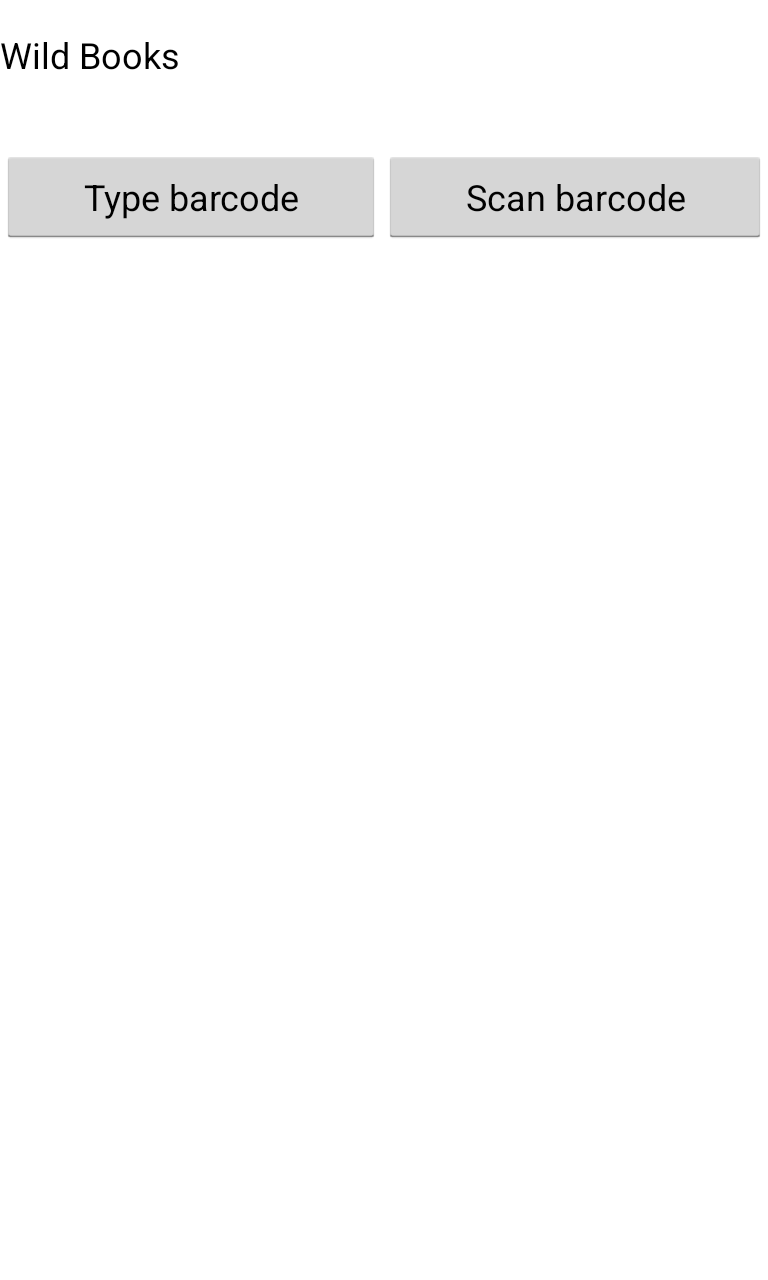
Repository: harvard-lil/wtwba-android-app
Layout: wtwba/res/layout/activity_terminal_error.xml
The author's editor kept a copy of each file at every save. The layout is drawn from the files as they stood at one save, then again after a run of saves.
It is drawn on a 768 x 1280 px phone screen (xhdpi) without system bars, with theme AppTheme; the app's code is not run.

Above is the layout before, as saved 2013-03-20 19:03:46.

### wtwba/res/layout/activity_terminal_error.xml
<?xml version="1.0" encoding="utf-8"?>
<LinearLayout xmlns:android="http://schemas.android.com/apk/res/android"
    android:layout_width="fill_parent"
    android:layout_height="fill_parent"
    android:layout_margin="15dip"
    android:orientation="vertical" >

    <TextView
        android:layout_width="fill_parent"
        android:layout_height="wrap_content"
        android:layout_marginTop="15dip"
        android:layout_marginBottom="35dip"
        android:text="@string/activity_scan_title"
        android:textAppearance="?android:attr/textAppearanceMedium"
         />

	<LinearLayout
	    android:layout_width="fill_parent"
	    android:layout_height="wrap_content"
	    android:orientation="horizontal" >

	    <Button
	        android:layout_width="wrap_content"
	        android:layout_height="wrap_content"
	        android:layout_weight="1.0"
	        android:text="@string/button_key_item"
	        android:onClick="keyItem"/>
	    <Button
	        android:layout_width="wrap_content"
	        android:layout_height="wrap_content"
	        android:layout_weight="1.0"
	        android:text="@string/button_scan_item"
	        android:onClick="scanItem"
	        />
    </LinearLayout>
</LinearLayout>

### wtwba/res/values/strings.xml
<?xml version="1.0" encoding="utf-8"?>
<resources>

    <string name="app_name">wtwba</string>
    <string name="main_activity_title">Where the Wild Books Are</string>
    <string name="activity_item_details_title">Wild Books</string>
    <string name="activity_scan_title">Wild Books</string>
    <string name="activity_manage_user_title">Manage user key</string>
    <string name="activity_type_barcode_title">Add item using fingers</string>
    <string name="activity_location_title">Select your current location</string>
    <string name="item_found_title">Yeehaw! We added your item</string>
    <string name="scan_error_title">Something went wrong</string>
    <string name="terminal_error">I\'m having problems adding the item. Are you connected to the Internet? Please add the item later.</string>
    <string name="user_name_box_label">Enter your assigned user key</string>
    <string name="edit_message">Enter a message</string>
    <string name="loading_message">Loading</string>


    <string name="button_confirm_delete">Delete from list</string>
    <string name="button_scan_item">Scan barcode</string>
    <string name="button_key_item">Type barcode</string>
    <string name="activity_delete_title">Delete from list</string>

    <string name="button_scan">Scan</string>
    <string name="button_type">Find item</string>
    <string name="button_item_confrim">Return home</string>
    <string name="button_add">Add to list</string>
    <string name="button_save_user_name">Save user key</string>
    <string name="menu_settings">Settings</string>
    <string name="scan_error">Something went wrong when when I tried to add the item. Sorry. Can you give it a try again?</string>
    <string name="title_activity_main">MainActivity</string>
    <string name="type_barcode_instructions">Type the barcode number, spaces optional</string>
    <string name="hello_world">Hello world!</string>
    <string name="title_holder">Sample Title Here</string>
    <string name="connection_error">Unable to connect to network</string>
    <string name="title_activity_display_message">DisplayMessageActivity</string>
    <string name="empty_list">You haven\'t added any items.</string>

</resources>

Loaded but not shown: wtwba/res/values-v11/styles.xml (common file); wtwba/res/values-v14/styles.xml (common file); wtwba/res/values/styles.xml (common file)

After the next 2 saves:
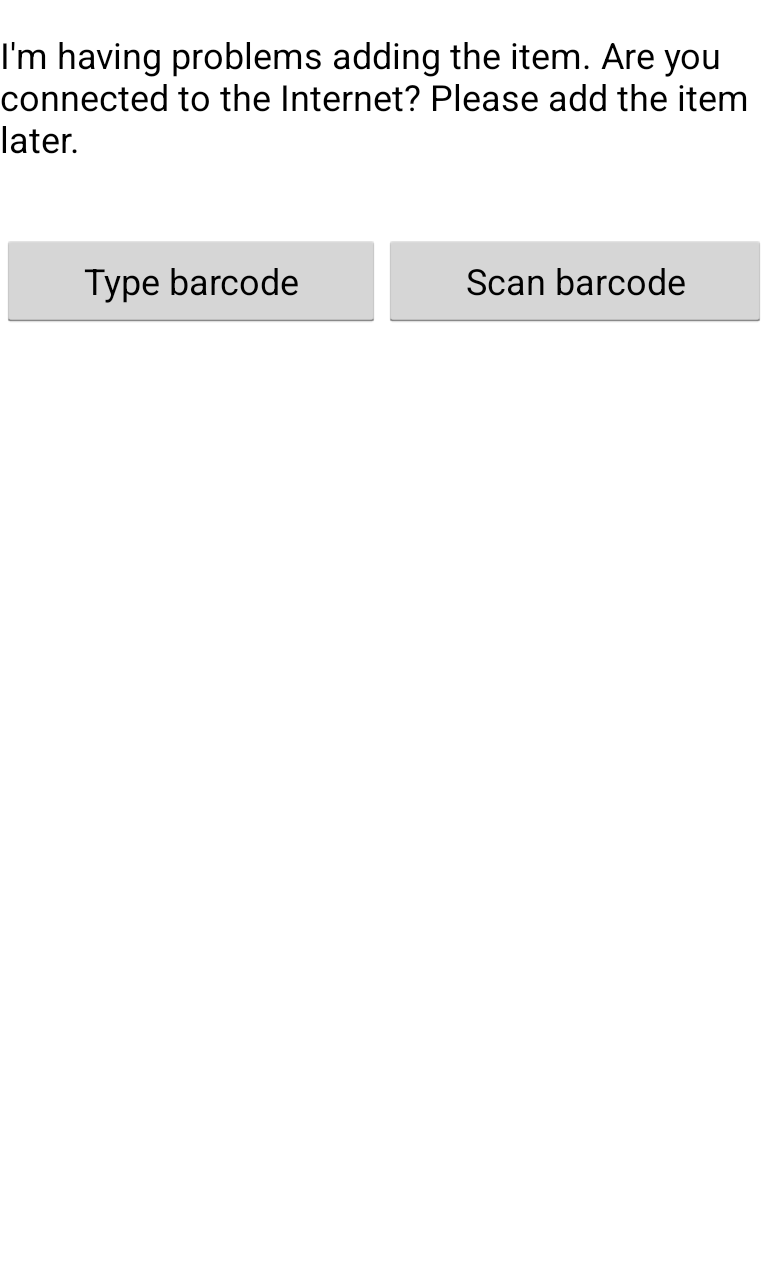
The 2 saves are shown as one change because 1 did not build or start.
The last was saved 12 s later.
--- a/wtwba/res/layout/activity_terminal_error.xml
+++ b/wtwba/res/layout/activity_terminal_error.xml
@@ -10,7 +10,7 @@
         android:layout_height="wrap_content"
         android:layout_marginTop="15dip"
         android:layout_marginBottom="35dip"
-        android:text="@string/activity_scan_title"
+        android:text="@string/terminal_error"
         android:textAppearance="?android:attr/textAppearanceMedium"
          />
 
